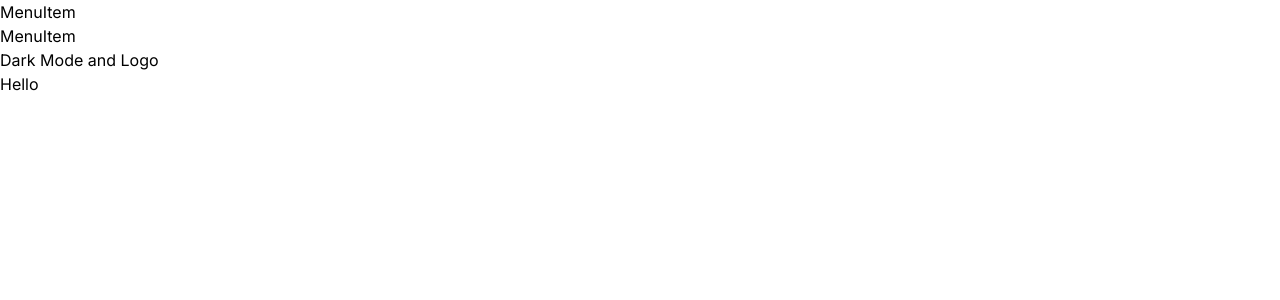
Repository: Tan28-art/Next-JS-Movie-Site
Page: / (app in starter/)
The author's editor kept a copy of each file at every save. The page is drawn from the files as they stood at one save, then again after a run of saves.
The browser window is 1280 px wide. The pictures show the whole page.
The project was rebuilt for these pictures with package versions that can differ from the ones it lists, and the page was loaded fresh each time. The framework's server and built-in components were replaced by stand-ins that run in the browser. Also part of the build but not shown: starter/next.config.mjs.

Above is the page before, as saved 2024-07-12 13:55:24.

### starter/app/layout.tsx
import type { Metadata } from "next";
import { Inter } from "next/font/google";
import "./globals.css";
import Header from "@/components/header";
import MenuItem from "@/components/MenuItem";


const inter = Inter({ subsets: ["latin"] });

export const metadata: Metadata = {
  title: "Movie App",
  description: "Movie Search App",
};

export default function RootLayout({
  children,
}: Readonly<{
  children: React.ReactNode;
}>) {
  return (
    <html lang="en">
      <body className={inter.className}>
        <Header />
        {children}
      </body>
    </html>
  );
}

### starter/app/page.tsx
import React from 'react'

export default function page() {
  return (
    <div>
      Hello
    </div>
  )
}

### starter/components/header.tsx
import React from 'react'
import MenuItem from './MenuItem'
import { TiHome } from "react-icons/ti";

export default function Header() {
  return (
    <div>
      <div className="">
        <MenuItem title="Home" Icon={TiHome} address = "/" />
        <MenuItem title="About" Icon="home" address = "/about" />
      </div>
      <div className="">
        Dark Mode and Logo
      </div>
    </div>
  )
}

### starter/components/MenuItem.tsx
import React from 'react'

interface MenuItemProps {
    title: string;
    Icon: any;
    address: string;
  }


export default function MenuItem({ title, Icon, address }: MenuItemProps) {
  return (
    <div>
      MenuItem
    </div>
  )
}

Loaded but not shown: starter/app/globals.css (common file); starter/tailwind.config.ts (common file)

After the next 4 saves:
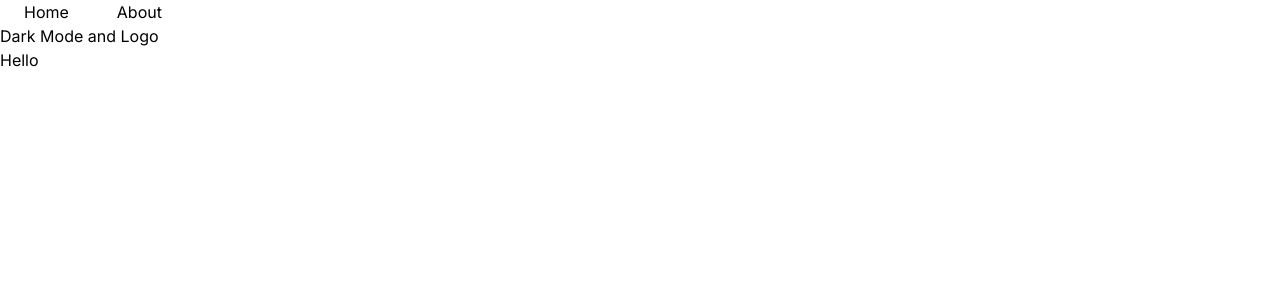
The 4 saves are shown as one change because 2 did not build or start and some came seconds apart.
The last was saved 51 s later.
--- a/starter/components/MenuItem.tsx
+++ b/starter/components/MenuItem.tsx
@@ -1,3 +1,4 @@
+import Link from 'next/link';
 import React from 'react'
 
 interface MenuItemProps {
@@ -9,8 +10,6 @@ interface MenuItemProps {
 
 export default function MenuItem({ title, Icon, address }: MenuItemProps) {
   return (
-    <div>
-      MenuItem
-    </div>
+    <Link href={address} className="mx-4 lg:mx-6 hover:text-amber-600" style={{height: 40}}>{title}</Link>
   )
 }
